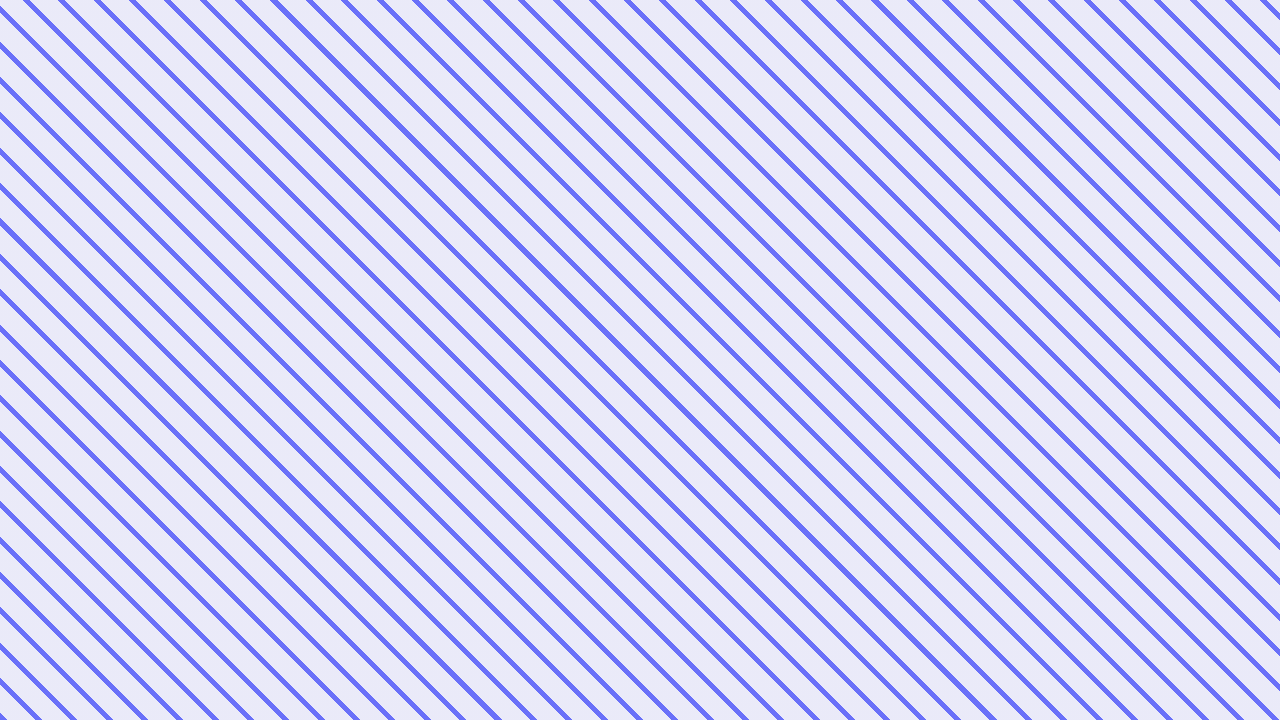
Repository: Abdo-Hosni123/Html-and-css-projects
Page: index.html
These files come from the project's save history. The page is drawn as it stood at one moment and after the next save; the edit follows.
The browser window is 1280 px wide. The pictures show the whole page.

Above is the page before, as saved 2023-12-05 22:01:18.

After the next save:
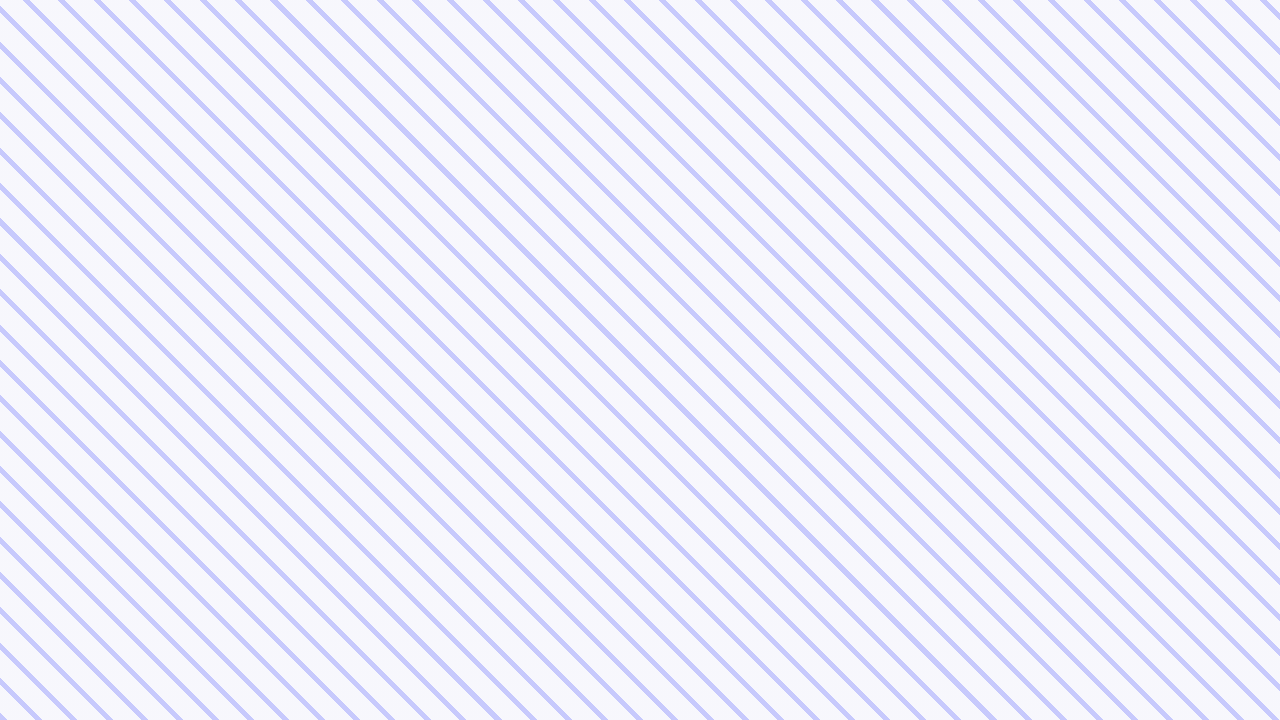
Saved 46 s later.
--- a/Style.css
+++ b/Style.css
@@ -32,8 +32,8 @@
     justify-content: center;
     min-height: 100vh;
     background-color: #e5e5f7;
-    opacity: 0.8;
-    background: repeating-linear-gradient( 45deg, #444cf7, #444cf7 5px, #e5e5f7 5px, #e5e5f7 25px )
+    opacity: 0.3;
+    background: repeating-linear-gradient( 45deg, #444cf7, #444cf7 5px, #e5e5f7 5px, #e5e5f7 25px );
 
 }
 .card {
